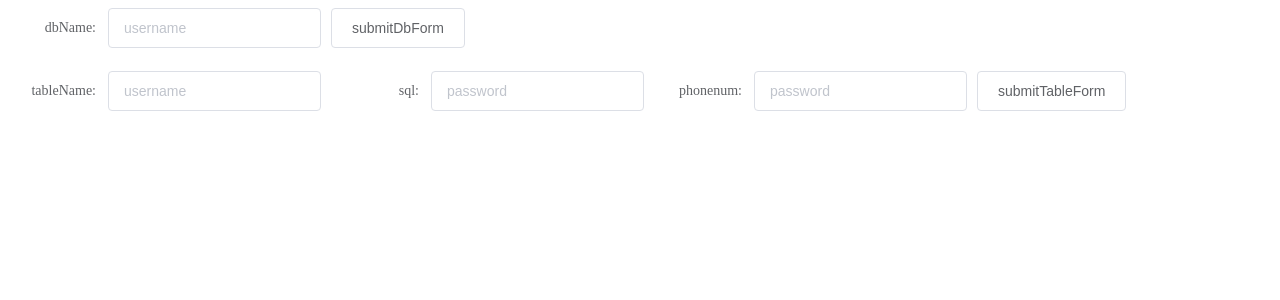
Repository: greden0814/myBlog
Page: /#/pages/tableManage
An editor plug-in stored every save of this project. The page is shown before and after the next save, followed by the edit.
The browser window is 1280 px wide. The pictures show the whole page.
The project was rebuilt for these pictures with package versions that can differ from the ones it lists, and the page was loaded fresh each time.

Above is the page before, as saved 2021-07-15 20:26:18.

### index.html
<!DOCTYPE html>
<html>
  <head>
    <meta charset="utf-8">
    <meta name="viewport" content="width=device-width,initial-scale=1.0">
    <title>myblog</title>
  </head>
  <body>
    <div id="app"></div>
    <!-- built files will be auto injected -->
  </body>
</html>

### src/main.js
// The Vue build version to load with the `import` command
// (runtime-only or standalone) has been set in webpack.base.conf with an alias.
import Vue from 'vue'
import App from './App'
import router from './router'
import ElementUI from 'element-ui'
import axios from 'axios'
import 'element-ui/lib/theme-chalk/index.css'

Vue.use(ElementUI)
Vue.config.productionTip = false
Vue.prototype.$axios = axios

/* eslint-disable no-new */
new Vue({
  el: '#app',
  router,
  components: { App },
  template: '<App/>'
})

### src/App.vue
<template>
  <div id="app">
    <!-- <img src="./assets/logo.png"> -->
    <router-view/>
  </div>
</template>

<script>
export default {
  name: 'App'
}
</script>

<style></style>

### src/router/index.js
import Vue from 'vue'
import Router from 'vue-router'

Vue.use(Router)

// const originalPush = Router.prototype.push
// Router.prototype.push = function push(location) {
//   return originalPush.call(this, location).catch(err => err)
// }
export default new Router({
  routes: [
    {
      path: '/',
      name: 'login',
      component: () => import('@/views/login')
    }, {
      path: '/pages/indexPage',
      name: 'myblog',
      component: () => import('@/views/indexPage')
    }, {
      path: '/pages/myInfo',
      name: 'myInfo',
      component: () => import('@/views/myInfo')
    },{
      path: '/pages/tableManage',
      name: 'tableManage',
      component: () => import('@/views/tableManage')
    }
  ]
})

### src/views/tableManage/index.vue
<template>
  <div class="dbManage">
    <div class="dbManage">
      <el-form ref="dbForm" :model="dbForm" label-width="100px" inline>
        <el-form-item label="dbName: ">
          <el-input v-model="dbForm.tableName" placeholder="username" />
        </el-form-item>
        <el-button @click="submitDbForm">submitDbForm</el-button>
      </el-form>
    </div>
    <div class="tableManage">
      <el-form ref="tableForm" :model="tableForm" label-width="100px" inline>
        <el-form-item label="tableName: ">
          <el-input v-model="tableForm.tableName" placeholder="username" />
        </el-form-item>
        <el-form-item label="sql: ">
          <el-input v-model="tableForm.sql" placeholder="password" />
        </el-form-item>
        <el-form-item label="phonenum: ">
          <el-input v-model="tableForm.phonenum" placeholder="password" />
        </el-form-item>
        <el-button @click="submitTableForm">submitTableForm</el-button>
      </el-form>
    </div>
    {{ submit }}
  </div>
</template>
<script>
export default {
    data() {
        return {
            submit:"",
            dbForm:{
                tableName:""
            },
            tableForm:{
                tableName:"",
                sql:"",
            },
        }
    },
    methods: {
        submitDbForm() {

        },
        submitTableForm() {

        }
    }
};
</script>
<style lang="less" scoped>
</style>

After the next save:
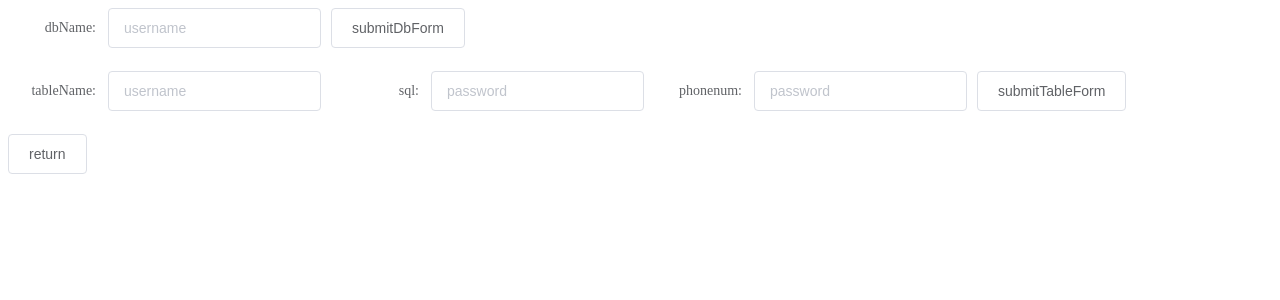
Saved 99 s later.
--- a/src/views/tableManage/index.vue
+++ b/src/views/tableManage/index.vue
@@ -22,7 +22,10 @@
         <el-button @click="submitTableForm">submitTableForm</el-button>
       </el-form>
     </div>
-    {{ submit }}
+    <div>{{ submit }}</div>
+    <div class="returnBtn">
+        <el-button @click="returnLogin">return</el-button>
+    </div>
   </div>
 </template>
 <script>
@@ -45,6 +48,11 @@ export default {
         },
         submitTableForm() {
 
+        },
+        returnLogin() {
+            this.$router.push({
+                path:"/login"
+            })
         }
     }
 };
